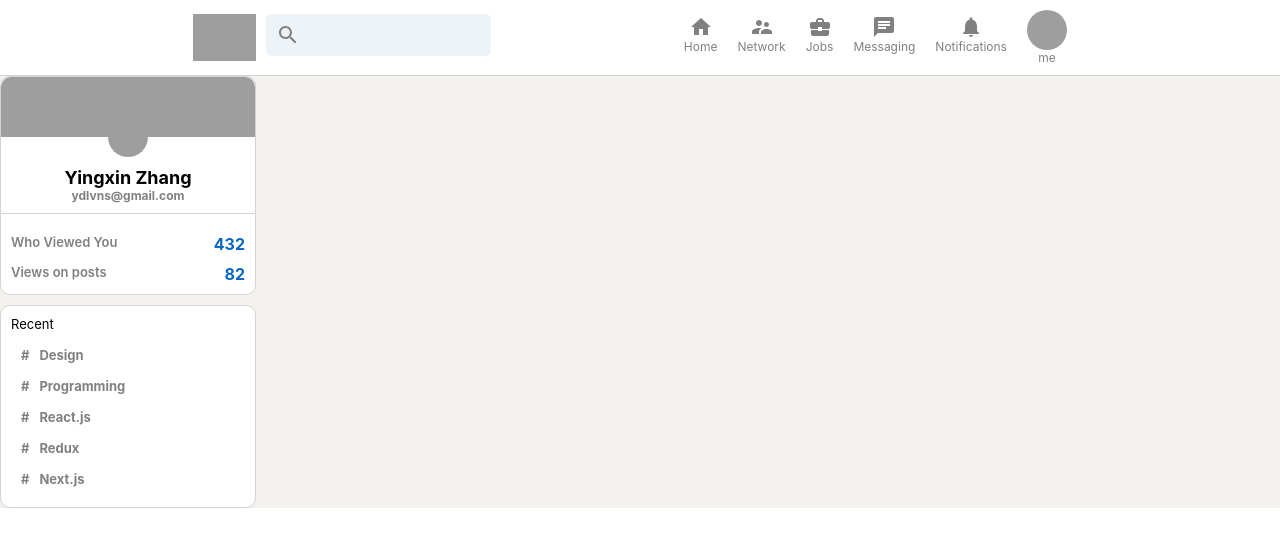
Repository: Tracy-maker/linkedin_clone
Page: /
The author's editor kept a copy of each file at every save. The page is drawn from the files as they stood at one save, then again after a run of saves.
The browser window is 1280 px wide. The pictures show the whole page.
Pictures or frames that could not be fetched are drawn as grey boxes. The project was rebuilt for these pictures with package versions that can differ from the ones it lists, and the page was loaded fresh each time.

Above is the page before, as saved 2023-11-06 17:17:42.

After the next 2 saves:
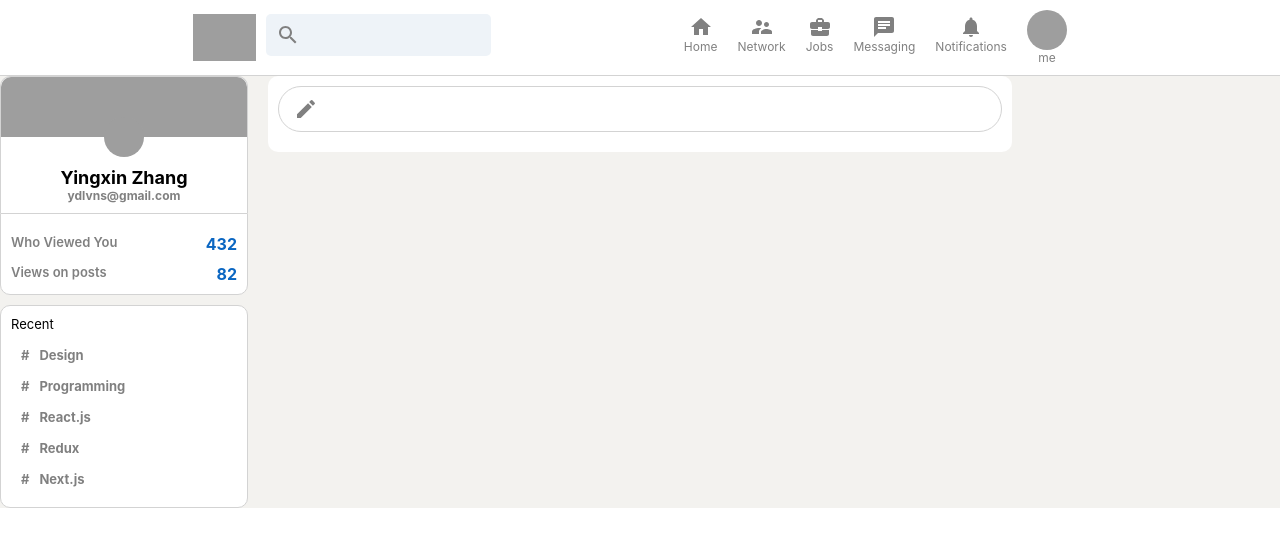
The 2 saves are shown as one change because they came seconds apart.
The last was saved 47 s later.
--- a/src/App.js
+++ b/src/App.js
@@ -2,6 +2,7 @@ import React from "react";
 import Header from "./components/Header/Header";
 import Sidebar from "./components/Sidebar";
 import styled from "styled-components";
+import Feed from "./components/Feed";
 
 const LinkedInContainer = styled.div`
   background-color: #f3f2ef;
@@ -17,6 +18,7 @@ function App() {
       <Header />
       <LinkedInBody>
         <Sidebar />
+        <Feed />
       </LinkedInBody>
     </LinkedInContainer>
   );
